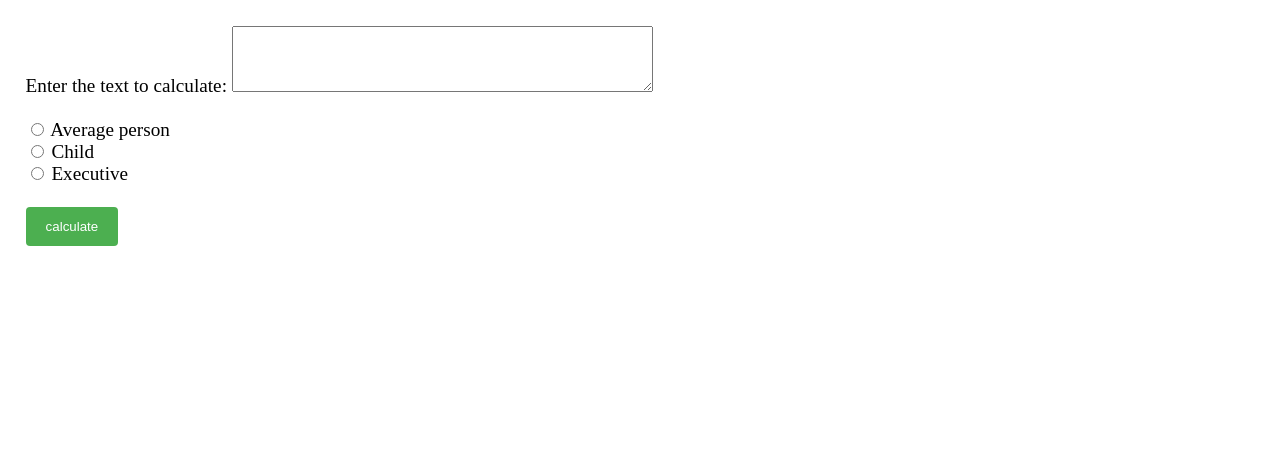
Repository: Full-Creative/Projects
Page: ReadTimeCalculator/src/main/webapp/index.html
An editor plug-in stored every save of this project. The page is shown before and after the next save, followed by the edit.
The browser window is 1280 px wide. The pictures show the whole page.

Above is the page before, as saved 2020-11-19 10:27:03.

After the next save:
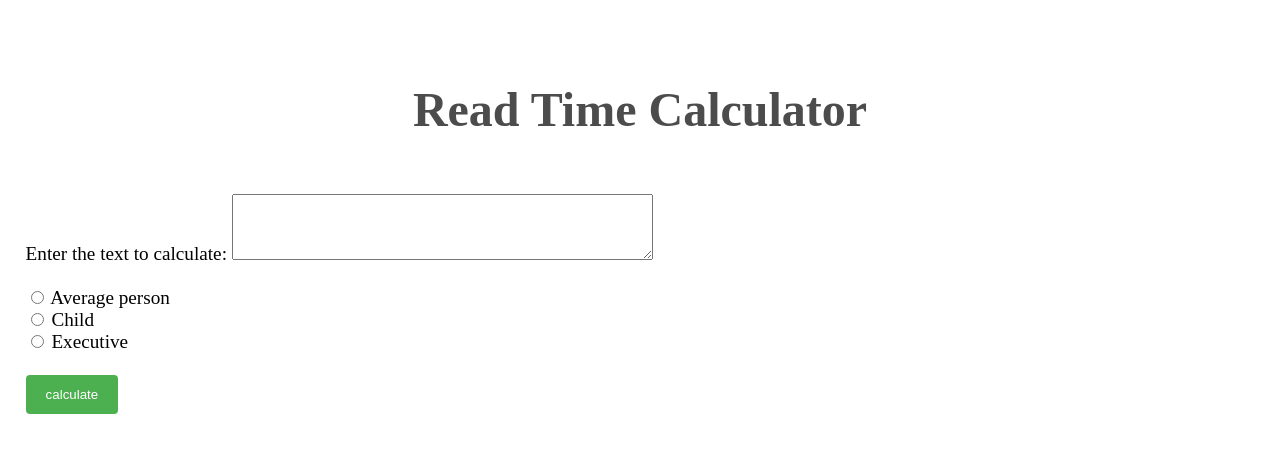
Saved 45 s later.
--- a/ReadTimeCalculator/src/main/webapp/index.html
+++ b/ReadTimeCalculator/src/main/webapp/index.html
@@ -9,13 +9,13 @@
 </head>
 <body>
 
-<!-- 	<header>
+ 	<header>
 		<h1>Read Time Calculator</h1>
-		<nav>
+	<!--	<nav>
 			<a href="">Average Read Time</a> <a href="">Child Read Time</a> <a
 				href="">Executive Read Time</a>
-		</nav>
-	</header>-->
+		</nav>-->
+	</header>
 	<section class="userInput">
 		<!--  <form action="/result" method="post" id="calculator">-->
 		<label for="data">Enter the text to calculate:</label>
